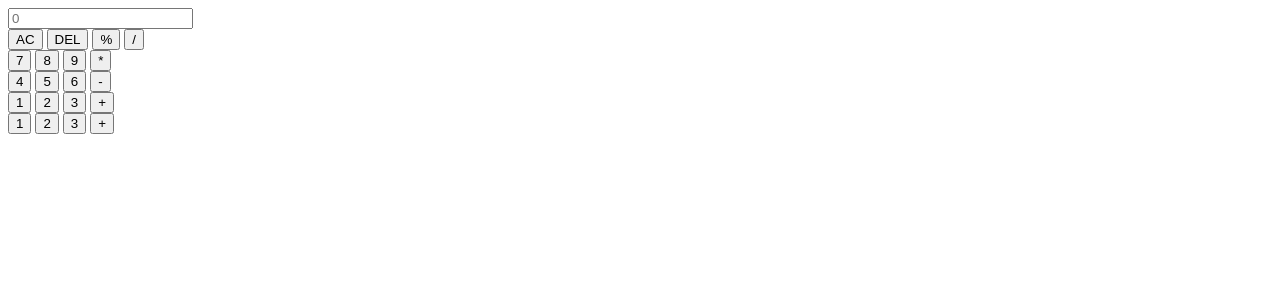
Repository: vaibhav1281/Calculator
Page: index.html
These files come from the project's save history. The page is drawn as it stood at one moment and after the next save; the edit follows.
The browser window is 1280 px wide. The pictures show the whole page.

Above is the page before, as saved 2023-05-06 19:40:40.

After the next save:
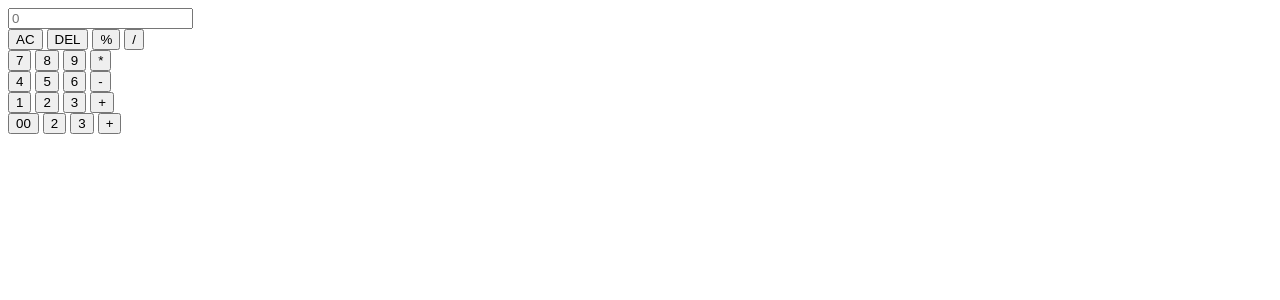
Saved 9 s later.
--- a/index.html
+++ b/index.html
@@ -35,7 +35,7 @@
             <button>+</button>
         </div>
         <div>
-            <button>1</button>
+            <button>00</button>
             <button>2</button>
             <button>3</button>
             <button>+</button>
